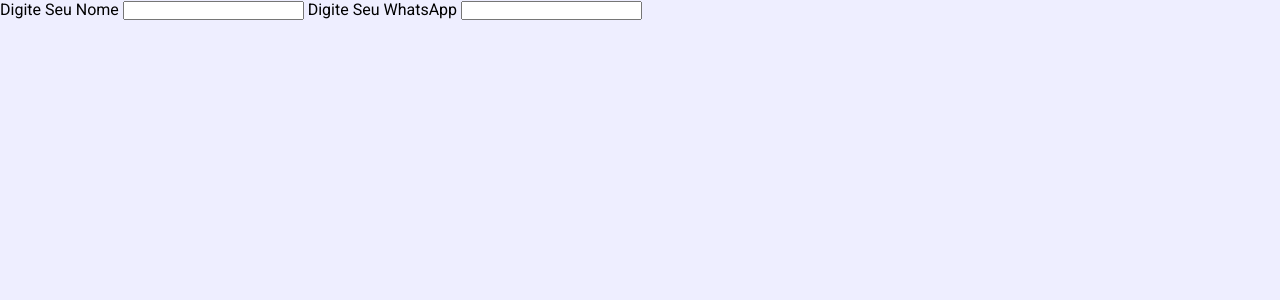
Repository: king-barbearia/king-barbearia-agendamento
Page: cadastro.html
An editor plug-in stored every save of this project. The page is shown before and after a run of saves, followed by the edit.
The browser window is 1280 px wide. The pictures show the whole page.

Above is the page before, as saved 2024-07-16 12:04:07.
Console error: TypeError: Cannot read properties of null (reading 'addEventListener')

### cadastro.html
<!DOCTYPE html>
<html lang="pt-br">
  <head>
    <meta charset="UTF-8" />
    <meta name="viewport" content="width=device-width, initial-scale=1.0" />
    <link rel="stylesheet" href="./style.css" />
    <link rel="preconnect" href="https://fonts.googleapis.com" />
    <link rel="preconnect" href="https://fonts.gstatic.com" crossorigin />
    <link
      href="https://fonts.googleapis.com/css2?family=Roboto:ital,wght@0,100;0,300;0,400;0,500;0,700;0,900;1,100;1,300;1,400;1,500;1,700&display=swap"
      rel="stylesheet"
    />
    <title>Cadastro De Usuarios</title>
  </head>
  <body>
		<div class="cadastro">
			<span>Digite Seu Nome</span>
			<input type="text" class="nome">
			<span>Digite Seu WhatsApp</span>
			<input type="text" class="whatsapp">
			<span></span>

		</div>
    <script src="./script.js"></script>
  </body>
</html>

### style.css
:root {
  --main-font: "Roboto", sans-serif;
  --cor--cinza: #bdbdbd;
  --cor--cinza-escuro: #232323;
}

* {
  margin: 0;
  padding: 0;
  box-sizing: border-box;
}

body {
  margin: 0;
  padding: 0;
  width: 100%;
  min-height: 100vh;
  font-family: var(--main-font);
  background-color: rgb(238, 238, 255);
  overflow-x: hidden;
}

header {
  background-color: var(--cor--cinza);
  width: 100%;
  height: 32vh;
  box-sizing: border-box;
  position: relative;
}

.header-image {
  width: 18%;
  height: 30vh;
  position: absolute;
  margin-top: 3px;
  background-size: cover;
  background-position: center;
  background-repeat: no-repeat;
  background-color: var(--cor--cinza);
}

#name h1 {
  margin: 60px;
  font-weight: 400;
}

#name p {
  margin: 60px;
  color: var(--cor--cinza-escuro);
  margin-top: -35px;
}

#midiasocial {
  float: right;
  position: relative;
  margin-right: 750px;
  margin-top: -80px;
}

#midiasocial img {
  width: 30px;
  margin-right: 30px;
}

.menu {
  background-color: var(--cor--cinza-escuro);
  padding: 10px 0;
}

nav {
  display: flex;
  justify-content: space-between;
  align-items: center;
  padding: 0 20px;
}

.nav-list {
  list-style: none;
  display: flex;
  margin-right: auto;
  position: relative;
}

.nav-list li {
  margin-left: 20px;
  position: relative;
}

.nav-list li a {
  text-decoration: none;
  color: white;
  font-weight: 300;
  transition: color 0.3s;
  padding-bottom: 5px;
}

.nav-list li a:hover,
.nav-list li a.active {
  color: #f4f4f4;
}

.nav-list li a.active::after {
  content: "";
  display: block;
  width: 100%;
  height: 2px;
  background-color: #f4f4f4;
  position: absolute;
  bottom: 0;
  left: 0;
}

/* .boxpesquisa {
          background-color: #bdbdbd65;
          width: 320px;
          height: 30px;
          position: fixed;
          margin-top: 90px;
          margin-left: 16px;
          border-radius: 8px;
          background-image: url("./images/lupa.png");
          background-size: 20px 20px;
          background-repeat: no-repeat;
          background-position: 10px;
          text-align: center;
        } */

#services {
  margin: 70px 38px;
}

#services h2 {
  margin-top: 25px;
  font-size: 15px;
}

#services span {
  font-size: 15px;
}

#agendar {
  margin: -35px 220px;
}

#agendar button {
  margin: 0px -20px;
  position: absolute;
  width: 75px;
  height: 30px;
  border-radius: 8px;
  background-color: var(--cor--cinza);
  font-weight: 900;
  color: var(--cor--cinza-escuro);
}

#valor {
  text-align: right;
}

#tempo {
  margin: 17px 36px;
  font-size: 12px;
}

.submenu {
  display: none;
  list-style-type: none;
  padding-left: 20px;
}

.submenu li {
  margin-bottom: 5px;
}

.nav-item.active {
  font-weight: bold;
}

#corte {
  padding-bottom: 40px;
}

#barba {
  padding-bottom: 30px;
}

#pezinho {
  padding-bottom: 30px;
}

#cortebarba {
  padding-bottom: 30px;
}

#cortesobrancelha {
  padding-bottom: 30px;
}

.image-container {
  display: flex;
  flex-direction: column;
  align-items: center;
  justify-content: center;
}

.image-container div {
  margin-bottom: 25px;
}

#portfolio {
  text-align: center;
  margin-top: 25px;
  line-height: 5;
}

#foto1 img,
#foto2 img,
#foto3 img,
#foto4 img,
#foto5 img,
#foto6 img {
  width: 700px;
  height: 500px;
  border-radius: 8px;
}

/* animação do icone curtir */
.icon {
  cursor: pointer;
}

.icon.active {
  filter: invert(39%) sepia(98%) saturate(3567%) hue-rotate(323deg)
    brightness(102%) contrast(101%);
}

#evaluation {
  h1 {
    margin-left: 80px;
    margin-top: 25px;
    font-size: 45px;
  }
  .estrela {
    width: 20px;
  }
  span {
    margin-left: 61px;
  }
}

#avaliacao {
  margin-left: 53px;
}

#nota {
  display: grid;
  margin-left: 180px;
  margin-top: -95px;
}

.estrelanota {
  width: 15px;
  position: absolute;
  margin: 2px 5px;
}

.status-bar {
  width: 250px;
  background-color: #f3f3f3;
  border: 1px solid #ccc;
  position: relative;
  height: 10px;
  margin-top: 9.5px;
  border-radius: 10px;
}

.status-star {
  margin-top: -99px;
  margin-left: 95px;
}

.status-bar-fill {
  height: 100%;
  background-color: #f54905;
  width: 0;
  transition: width 0.5s;
}

#detalhes {
  margin-bottom: 35px;
}

#map {
  height: 300px; /* Altura do mapa */
  width: 100%; /* Largura do mapa */
  z-index: 0;
}

#navigate-button {
  margin-top: -150px;
  margin-left: 540px;
  height: 10vh;
  padding: 10px 20px;
  background-color: rgba(255, 255, 255, 0.932);
  color: var(--cor--cinza-escuro);
  border: none;
  cursor: pointer;
  font-size: 16px;
  position: absolute;
  z-index: 1;
  width: 400px;
  border-radius: 10px;
  h1 {
    font-size: 15px;
    margin-left: -152px;
    margin-top: -53px;
  }

  span {
    font-size: 11px;
    margin-left: -6px;
  }
}

#iconnavegar {
  position: absolute;
  margin-left: 33px;
  margin-top: -9px;
}

#logobt {
  width: 60px;
  margin-left: -345px;
  margin-top: -17px;
}

.vertical-line {
  width: 1px;
  height: 50px;
  background-color: var(--cor--cinza-escuro);
  margin: -40px 320px;
  position: absolute;
}

.horizontal-line {
  border: none;
  height: 1px;
  background-color: var(--cor--cinza);
  width: 70%;
  margin: 15px auto; /* Centraliza a linha horizontal */
}

#horarios {
  h1 {
    text-align: center;
    font-size: 20px;
    margin-top: 20px;
    color: var(--cor--cinza-escuro);
  }
  a {
    text-decoration: none;
    color: var(--cor--cinza-escuro);
  }
}

#whatsapp {
  position: absolute;
  margin: -1px 20px;
}

.funcionamento {
  margin-left: 200px;
  line-height: 2;
}

#horas {
  margin: -30px 290px;
  position: absolute;
}

footer {
  position: fixed;
  bottom: 0;
  left: 0;
  width: 100%;
  background-color: var(--cor--cinza-escuro);
  text-align: center;
  padding: 10px 0;
  margin-top: 50px;
  z-index: 3;
}

#scheduleModal {
  margin: 40px 220px;
  h2 {
    color: var(--cor--cinza-escuro);
  }
}

span.close {
  color: var(--cor--cinza-escuro);
  margin: -40px;
  font-size: 35px;
}

#scheduleForm {
  display: grid;
  width: 250px;
  text-align: center;
  input {
    border-radius: 4px;
    text-align: center;
    margin-bottom: 14px;
    height: 30px;
    font-weight: 600;
    border: 2px solid var(--cor--cinza-escuro); /* Define a cor da borda */
    background-color: var(--cor--cinza);
    color: var(--cor--cinza-escuro);
  }
  placeholder {
    color: var(--cor--cinza-escuro);
  }
  select {
    border-radius: 4px;
    text-align: center;
    height: 30px;
    background-color: var(--cor--cinza);
    color: var(--cor--cinza-escuro);
    font-weight: 600;
    border: 2px solid var(--cor--cinza-escuro); /* Define a cor da borda */
    margin-bottom: 8px;
  }
  button {
    height: 30px;
    border-radius: 4px;
    background-color: var(--cor--cinza-escuro);
    color: var(--cor--cinza);
    font-weight: 600;
    border: 2px solid var(--cor--cinza); /* Define a cor da borda */
  }
}

/* Media Queries para responsividade */
@media (max-width: 768px) {
}

@media (max-width: 480px) {
}

.booking {
  border: 1px solid #ccc;
  padding: 10px;
  margin-bottom: 10px;
}

### script.js
// Função para exibir ou ocultar seções
function toggleSection(event, sectionId) {
  event.preventDefault();
  const sections = [
    "services",
    "portfolio",
    "evaluation",
    "detalhes",
    "agenda",
  ]; // IDs de todas as seções

  sections.forEach((id) => {
    const section = document.getElementById(id);
    if (sectionId !== id) {
      section.style.display = "none";
    } else {
      const selectedSection = document.getElementById(sectionId);
      selectedSection.style.display =
        selectedSection.style.display === "none" ? "block" : "none";
    }
  });
}

// Função para inicializar o mapa
function initMap() {
  // Coordenadas de exemplo (São Paulo, Brasil)
  const location = [-23.612242436593856, -46.594654991394556];

  // Verificar se o contêiner do mapa está visível
  const mapContainer = document.getElementById("map");
  if (
    mapContainer.style.display === "none" ||
    mapContainer.offsetWidth === 0 ||
    mapContainer.offsetHeight === 0
  ) {
    // Aguardar até que o contêiner do mapa esteja visível
    setTimeout(initMap, 100);
    return;
  }

  // Inicializar o mapa
  const map = L.map("map").setView(location, 13);

  // Adicionar camada de mapa do OpenStreetMap
  L.tileLayer("https://{s}.tile.openstreetmap.org/{z}/{x}/{y}.png", {
    attribution:
      '&copy; <a href="https://www.openstreetmap.org/export#map=19/-23.61312/-46.59401">OpenStreetMap</a> contributors',
  }).addTo(map);

  // Adicionar um marcador na localização
  L.marker(location).addTo(map).bindPopup("São Paulo, Brasil").openPopup();
}

// Evento de clique no botão de navegação
document
  .getElementById("navigate-button")
  .addEventListener("click", function () {
    const lat = -23.612242436593856; // Latitude de destino
    const lng = -46.594654991394556; // Longitude de destino
    window.open(
      `https://www.google.com/maps/dir/?api=1&destination=${lat},${lng}`,
      "_blank"
    );
  });

// Evento de clique no botão "curtir"
document.getElementById("curtir").addEventListener("click", function () {
  if (this.src.includes("coracao.png")) {
    this.src = "./images/coracaopreenchido.png";
  } else {
    this.src = "./images/coracao.png";
  }
});

// Seleciona todos os botões de agendamento
const agendarButtons = document.querySelectorAll("#agendar-btn");

// Adiciona um evento de clique para cada botão de agendamento
agendarButtons.forEach((button) => {
  button.addEventListener("click", function (event) {
    // Evita o comportamento padrão do botão (enviar formulário)
    event.preventDefault();

    // Obtém os dados do serviço, valor e tempo da mesma div do botão clicado
    const service = button.getAttribute("data-servico"); // Obtém o valor do data-servico
    const value = button.parentNode.querySelector("#valor").textContent.trim();
    const duration = button.parentNode
      .querySelector("#tempo")
      .textContent.trim(); // Renomeado para duration

    // Fecha o elemento de serviços
    document.getElementById("services").style.display = "none";

    // Preenche o modal com os dados do serviço selecionado
    document.querySelector("#scheduleModal").style.display = "block";
    document.querySelector('#scheduleForm input[type="text"]').value = ""; // Limpa os campos de texto (nome e whatsapp)
    document.querySelector("#barber").selectedIndex = 0; // Reseta o dropdown de barbeiros
    document.querySelector("#date").value = ""; // Limpa o campo de data
    document.querySelector("#time").value = ""; // Limpa o campo de horário

    // Preenche os campos ocultos no formulário com os dados do serviço selecionado
    document.querySelector('#scheduleForm input[name="service"]').value =
      service;
    document.querySelector('#scheduleForm input[name="valueservice"]').value =
      value; // Renomeado para valueservice
    document.querySelector('#scheduleForm input[name="duration"]').value =
      duration; // Envia duration ao invés de time
  });
});

// Função para fechar o modal de agendamento
function closeModal() {
  document.querySelector("#scheduleModal").style.display = "none";
  // Reabre o elemento de serviços quando o modal é fechado
  document.getElementById("services").style.display = "block";
}

// Evento de clique no ícone do menu mobile para exibir/ocultar o menu
const mobileMenu = document.getElementById("mobile-menu");
const navList = document.querySelector(".nav-list");
const navLinks = document.querySelectorAll(".nav-list li a");

mobileMenu.addEventListener("click", () => {
  navList.classList.toggle("active");
});

// Evento de clique nos links do menu para marcar o link ativo
navLinks.forEach((link) => {
  link.addEventListener("click", () => {
    navLinks.forEach((nav) => nav.classList.remove("active"));
    link.classList.add("active");
  });
});

// Inicializar o mapa assim que o documento estiver pronto
document.addEventListener("DOMContentLoaded", function () {
  initMap();
});

// Função para enviar os dados do formulário para a rota Flask
let isSubmitting = false;

function submitForm(event) {
  event.preventDefault();

  if (isSubmitting) return;

  isSubmitting = true;

  const form = document.getElementById("scheduleForm");
  const formData = new FormData(form);

  fetch("http://127.0.0.1:8000/schedule", {
    method: "POST",
    body: JSON.stringify(Object.fromEntries(formData.entries())), // Converte FormData para objeto JSON
    headers: {
      "Content-Type": "application/json",
    },
  })
    .then((response) => response.json())
    .then((data) => {
      console.log("Booking confirmed:", data.message);
      // Aqui você pode adicionar lógica adicional após o agendamento ser confirmado
      closeModal(); // Fecha o modal após o agendamento ser confirmado
      isSubmitting = false; // Reseta o flag de submissão
    })
    .catch((error) => {
      console.error("Error:", error);
      // Aqui você pode tratar erros de requisição, se necessário
      isSubmitting = false; // Reseta o flag de submissão
    });
}

// Adiciona um evento de submit para o formulário
document.getElementById("scheduleForm").addEventListener("submit", submitForm);

//consultar dados agenda
function fetchBookings() {
  fetch("http://127.0.0.1:8000/bookings")
    .then((response) => response.json())
    .then((data) => {
      const bookingsDiv = document.getElementById("bookings");
      bookingsDiv.innerHTML = "";

      data.forEach((booking) => {
        const bookingDiv = document.createElement("div");
        bookingDiv.classList.add("booking");
        bookingDiv.innerHTML = `
              <p><strong>Nome:</strong> ${booking.name}</p>
              <p><strong>Telefone:</strong> ${booking.phone}</p>
              <p><strong>Serviço:</strong> ${booking.service}</p>
              <p><strong>Barbeiro:</strong> ${booking.barber}</p>
              <p><strong>Data:</strong> ${booking.date}</p>
              <p><strong>Hora:</strong> ${booking.time}</p>
              <p><strong>Duração:</strong> ${booking.duration}</p>
              <p><strong>Valor:</strong> ${booking.valueservice}</p>
            `;
        bookingsDiv.appendChild(bookingDiv);
      });

      document.getElementById("agenda").style.display = "block";
    })
    .catch((error) => {
      console.error("Erro ao buscar agendamentos:", error);
    });
}

After the next 4 saves:
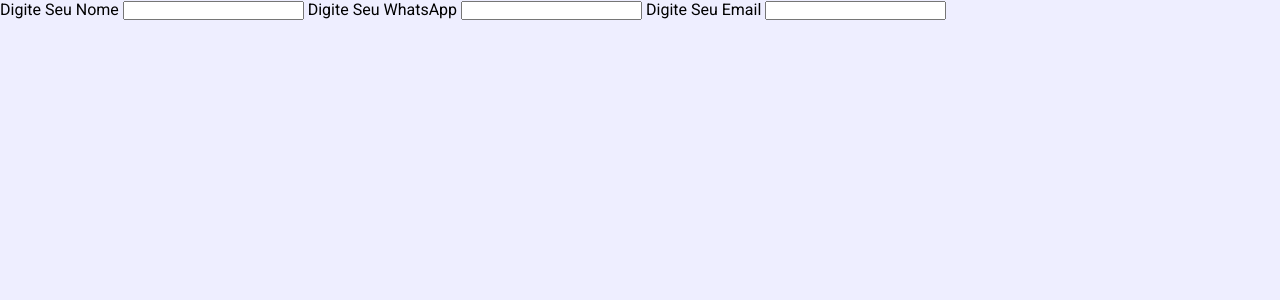
The 4 saves are shown as one change because they came seconds apart.
The last was saved 16 s later.
--- a/cadastro.html
+++ b/cadastro.html
@@ -18,7 +18,8 @@
 			<input type="text" class="nome">
 			<span>Digite Seu WhatsApp</span>
 			<input type="text" class="whatsapp">
-			<span></span>
+			<span>Digite Seu Email</span>
+			<input type="text" >
 
 		</div>
     <script src="./script.js"></script>
